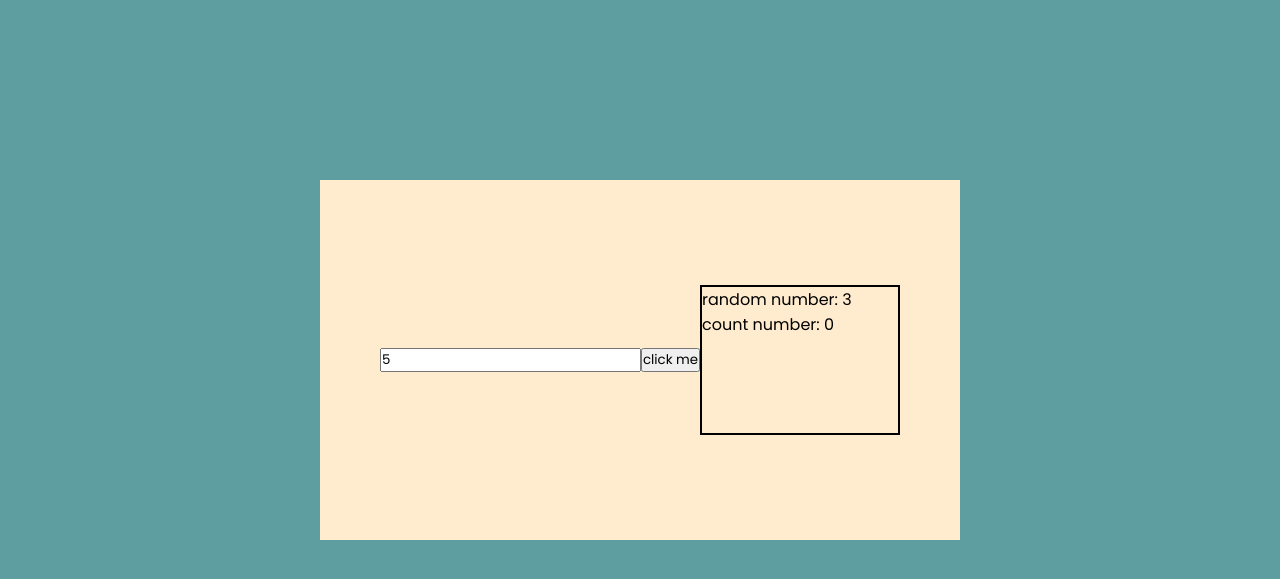
Repository: Seryozha02/Guessing-Game
Page: promise.html
The author's editor kept a copy of each file at every save. The page is drawn from the files as they stood at one save, then again after the next save.
The browser window is 1280 px wide. The pictures show the whole page.
Empty fields were first filled with sample values (such as "Sample", 5 or name@example.com).
After loading, the first visible `#button` was clicked once.

Above is the page before, as saved 2022-02-22 02:25:19.

After the next save:
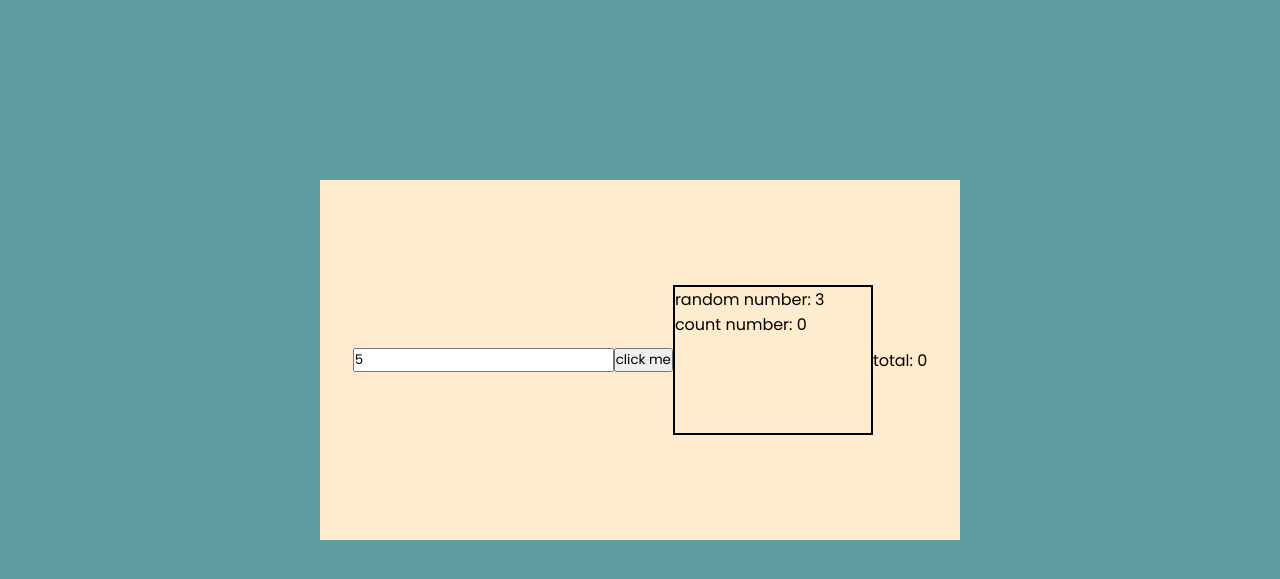
Saved 35 h 29 min later.
--- a/promise.js
+++ b/promise.js
@@ -4,47 +4,47 @@ const p1Text = document.querySelector(".p1");
 let p2Text = document.querySelector(".p2");
 const sum = document.querySelector(".sum");
 let showText = document.getElementById("show-text");
+let totalCount = 0;
 
 function randomNum(max) {
     return Math.floor(Math.random() * max) + 1;
 }
-
+function guess(random, inputValue) {
+    return new Promise(function(resolve, reject) {
+        let count = 0;
+        if (inputValue === random) {
+            count = 2;
+            resolve(count);
+        } else if (Math.abs(inputValue - random) === 1) {
+            count = 1;
+            resolve(count);
+        } else {
+            count = 0;
+            reject(count);
+        }
+    })
+};
 button.addEventListener("click", function() {
     let random = randomNum(6);
-    p1Text.innerText = "random number: " + random;
-    let inputValue = "";
     if (Number(value.value) > 6 || Number(value.value) < 1) {
-        // p2Text = "";
-        // p1Text.innerText = "";
         showText.innerText = "";
         alert("enter chisht number, 1-6")
     } else {
         inputValue = Number(value.value);
+        p1Text.innerText = "random number: " + random;
     }
-    let count = 0;
-    if (inputValue === random) {
-        count += 2;
-    } else if (Math.abs(inputValue - random) === 1) {
-        count += 1;
-    } else {
-        count += 0;
-    }
+    guess(random, inputValue).then(function(result) {
+        totalCount += result;
+        p2Text.innerText = `count number: ${result}`;
+        sum.innerText = `total: ${totalCount}`;
+    }).catch(function(param) {
+        if (param !== 0) {
+            totalCount += param;
+        } else {
+            totalCount = 0;
+        }
+        p2Text.innerText = `count number: ${param}`;
+        sum.innerText = `total: ${totalCount}`;
+    })
 
-    p2Text.innerText = "count number: " + count;
-
-    // let arr = [];
-    // let sum1 = arr.reduce((a, b) => {
-    //     return a + b;
-    // }, "");
-    // sum.innerText = sum1;
-
-
-    // let usersByLikes = myUsers.reduce(function(arg, el) {
-    //     console.log("arg", arg);
-    //     console.log("el", el);
-    //     arg.push({
-    //         [el.name]: el.likes,
-    //     });
-    //     return arg;
-    // }, []);
 })
